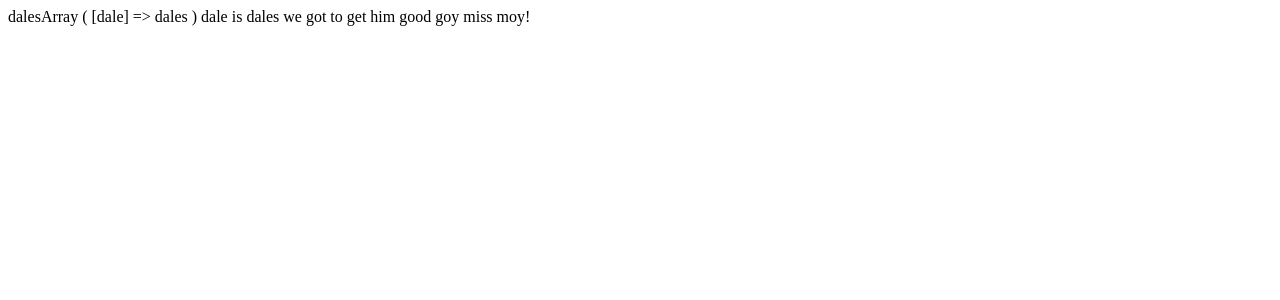
Repository: jyotsna1234/bugappmvc
Page: http://localhost/interfaces.php
These files come from the project's save history. The page is drawn as it stood at one moment and after the next save; the edit follows.
The browser window is 1280 px wide. The pictures show the whole page.
The page is run by PHP 8.4 with error messages shown; the project is at /var/www/html/.

Above is the page before, as saved 2014-04-08 03:56:50.

### oops_php/interfaces.php
<?php
	ini_set('display_errors',1);

// Declare the interface 'iTemplate'
interface iTemplate
{
    public function setVariable($name, $var);
    public function getHtml($template);
}

// Implement the interface
// This will work
class Template implements iTemplate
{
    private $vars = array();

    public function setVariable($name, $var)
    {
        echo $this->vars[$name] = $var;
		print_r($this->vars);
    }

    public function getHtml($template)
    {
      foreach($this->vars as $name => $value) {

           $template = str_replace('{' . $name . '}', $value, $template);
        }

        return $template;
    }
}
$template=new Template();
echo $template->setVariable('dale', 'dales');
echo $template->getHtml('dale is dales we got to get him ');
// Provides: 2
$str = str_replace("ll", "", "good golly miss molly!");
echo $str;
?>

After the next save:
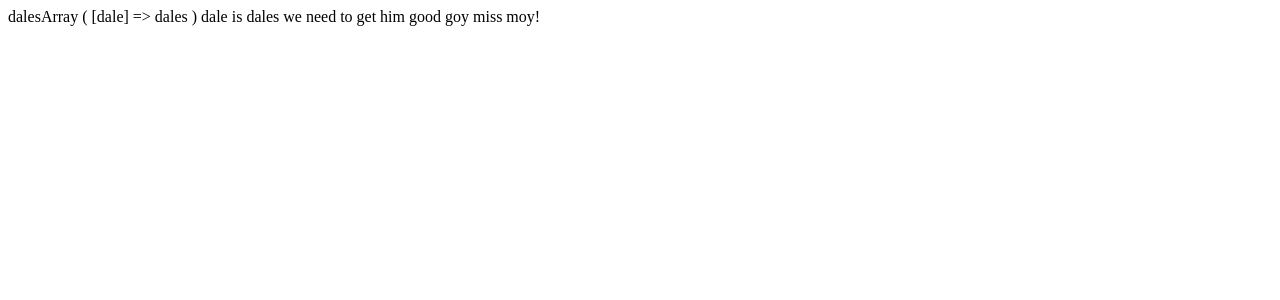
Saved 8 s later.
--- a/oops_php/interfaces.php
+++ b/oops_php/interfaces.php
@@ -32,7 +32,7 @@ class Template implements iTemplate
 }
 $template=new Template();
 echo $template->setVariable('dale', 'dales');
-echo $template->getHtml('dale is dales we got to get him ');
+echo $template->getHtml('dale is dales we need to get him ');
 // Provides: 2
 $str = str_replace("ll", "", "good golly miss molly!");
 echo $str;
